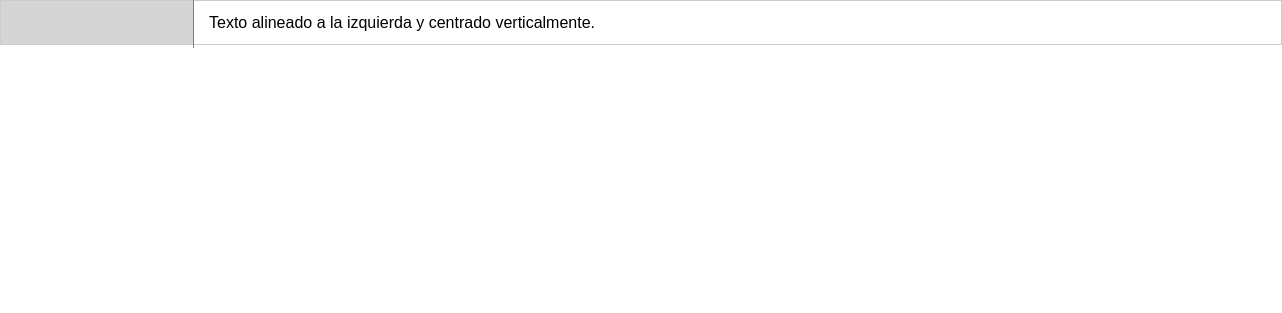
Repository: aCoupon0/intranet
Page: 1/gasto.html
An editor plug-in stored every save of this project. The page is shown before and after the next save, followed by the edit.
The browser window is 1280 px wide. The page is 1282 px wide, so the pictures cover 1282 px, including what lies to the right of the window. The pictures show the whole page.

Above is the page before, as saved 2024-12-11 11:16:36.

After the next save:
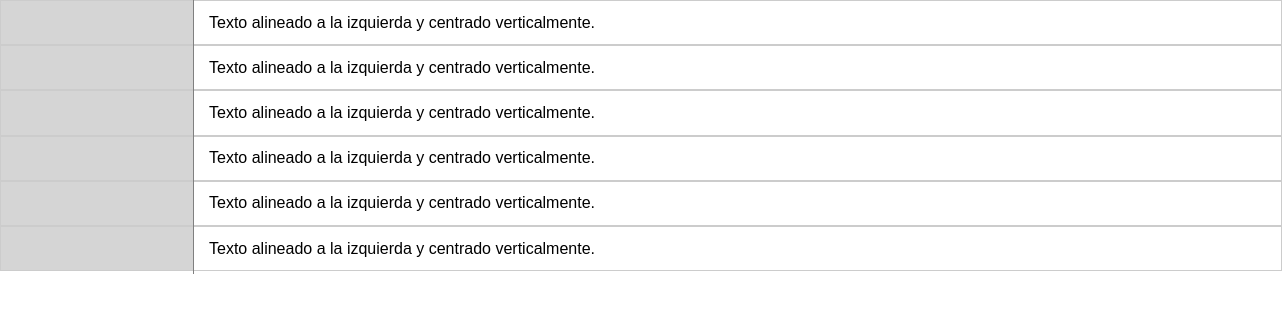
Saved 79 s later.
--- a/1/gasto.html
+++ b/1/gasto.html
@@ -14,6 +14,36 @@
             <p>Texto alineado a la izquierda y centrado verticalmente.</p>
         </div>
     </div>
+    <div class="container">
+        <div class="checkbox" onclick="toggleCheckbox(this)"></div>
+        <div class="text-container">
+            <p>Texto alineado a la izquierda y centrado verticalmente.</p>
+        </div>
+    </div>
+    <div class="container">
+        <div class="checkbox" onclick="toggleCheckbox(this)"></div>
+        <div class="text-container">
+            <p>Texto alineado a la izquierda y centrado verticalmente.</p>
+        </div>
+    </div>
+    <div class="container">
+        <div class="checkbox" onclick="toggleCheckbox(this)"></div>
+        <div class="text-container">
+            <p>Texto alineado a la izquierda y centrado verticalmente.</p>
+        </div>
+    </div>
+    <div class="container">
+        <div class="checkbox" onclick="toggleCheckbox(this)"></div>
+        <div class="text-container">
+            <p>Texto alineado a la izquierda y centrado verticalmente.</p>
+        </div>
+    </div>
+    <div class="container">
+        <div class="checkbox" onclick="toggleCheckbox(this)"></div>
+        <div class="text-container">
+            <p>Texto alineado a la izquierda y centrado verticalmente.</p>
+        </div>
+    </div>
 
     <script>
         function toggleCheckbox(element) {
